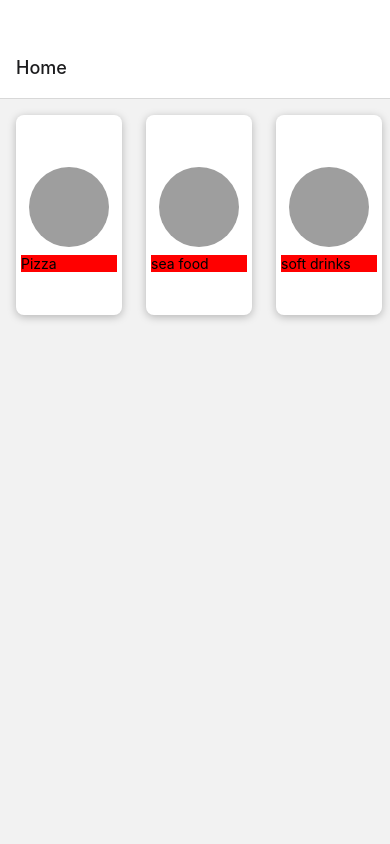
Repository: Esraa22M/ReactNative
Screen: /
An editor plug-in stored every save of this project. The screen is shown before and after the next save, followed by the edit.
Pictures or frames that could not be fetched are drawn as grey boxes. The app was drawn by React Native's web renderer in a window 390 px wide. The project was rebuilt for these pictures with package versions that can differ from the ones it lists, and the page was loaded fresh each time. Also part of the build but not shown: src/components/header/header.component.js, src/colors/front-screen-colors/user-auth-colors.js, src/components/header/header.styles.js, src/components/textInput/textInput.styles.js, src/components/textInput/textInput.components.jsx, src/components/singup-form-body/singup-form-body.components.js, src/screens/front-screen/Singup/singup-screen.screens.jsx, src/authentication/api/login-info.js and 2 more.

Above is the screen before, as saved 2023-09-21 00:51:36.

### App.js
import { SafeAreaView } from "react-native";
import { singupStyles } from "./src/screens/front-screen/Singup/singup-screen.styles";
import { Singup } from "./src/screens/front-screen/Singup/singup-screen.screens";
import UserCard from "./src/screens/front-screen/user-card/user-card.screens";
import { NavigationContainer } from "@react-navigation/native";
import { createStackNavigator } from "@react-navigation/stack";
import { Home } from "./src/screens/front-screen/home/home.screens";
const Stack = createStackNavigator();
export default function App() {
  return (
    <SafeAreaView style={singupStyles.container}>
      {/* <UserCard /> */}
      <NavigationContainer>
        <Stack.Navigator>
          <Stack.Screen name="Home" component={Home} />
        </Stack.Navigator>
      </NavigationContainer>
    </SafeAreaView>
  );
}

### src/screens/front-screen/Singup/singup-screen.styles.jsx
import { StyleSheet } from "react-native";
export const singupStyles = StyleSheet.create({
  container: { flex: 1, marginTop: 35 },
});

### src/screens/front-screen/home/home.screens.js
import { View, Text } from "react-native";
import { Categories } from "../../../components/categories/categories.components";
export const Home = () => {
  return (
    <>
      <Categories />
    </>
  );
};

### src/components/categories/categories.components.js
import { categories } from "../../data/dummay__data";
import { FlatList } from "react-native";
import { CategoryItem } from "./category-item.components";
export const Categories = () => {
  function renderCategoryItem(itemData) {
    return <CategoryItem item={itemData.item} />;
  }
  return (
    <FlatList
      numColumns={3}
      data={categories}
      renderItem={renderCategoryItem}
      keyExtractor={(item) => item.id}
    />
  );
};

### src/data/dummay__data.js
import { Category } from "../modal/category.modals";
export const categories = [
  new Category(
    "1pizza",
    "Pizza",
    "https://img.freepik.com/free-vector/flying-slice-pizza-cartoon-vector-illustration-fast-food-concept-isolated-vector-flat-cartoon-style_138676-1934.jpg?w=740&t=st=1695067102~exp=1695067702~hmac=7d47136b0dff2be87480dc1a22a28658daa67f706d90b59d117303a312dc6c16"
  ),
  new Category(
    "sea_food2",
    "sea food",
    "https://img.freepik.com/free-vector/seafood-products-set_98292-1624.jpg?w=740&t=st=1695067277~exp=1695067877~hmac=62082bdd900b5c830349f2bb8f3cd3466fcfb5395c4f24459194aeaeb256cb2c"
  ),
  new Category(
    "3softDrinks",
    "soft drinks",
    "https://img.freepik.com/free-vector/soda-cups-drink_24877-57922.jpg?w=740&t=st=1695067422~exp=1695068022~hmac=60b80d144880f8a8413a85c867ecfc35a38170c71354acfc84aa5b82ae30d594"
  ),
];

### src/components/categories/category-item.components.js
import { View, Text, Image, StyleSheet, Pressable } from "react-native";
import { HomeColors } from "../../colors/front-screen-colors/home-colors";
export const CategoryItem = ({ item }) => {
  const { name, image } = item;
  console.log(item);
  return (
    <View style={styles.container}>
      <Pressable>
        <Image source={{ uri: image }} style={styles.image} />
        <Text style={styles.categoryName}>{name}</Text>
      </Pressable>
    </View>
  );
};
const styles = StyleSheet.create({
  container: {
    flex: 1,
    height: 200,
    justifyContent: "center",
    backgroundColor: HomeColors.LIGHT_COLOR,
    alignItems: "center",
    shadowColor: "black",
    shadowOpacity: 0.25,
    shadowOffset: { width: 0, height: 2 },
    shadowRadius: 8,
    marginVertical: 16,
    marginLeft: 16,
    marginRight: 8,
    elevation: 4,
    alignItems: "center",
    borderRadius: 8,
  },
  image: {
    width: 80,
    height: 80,
    borderRadius: 80 / 2,
    margin: 8,
  },
  categoryName: { backgroundColor: "red" },
});

### src/modal/category.modals.js
export class Category {
  constructor(id, name, image) {
    this.id = id;
    this.name = name;
    this.image = image;
  }
}

### src/colors/front-screen-colors/home-colors.js
export const HomeColors = { LIGHT_COLOR: "white", ACTIVE_COLOR: "#FFBF00" };

After the next save:
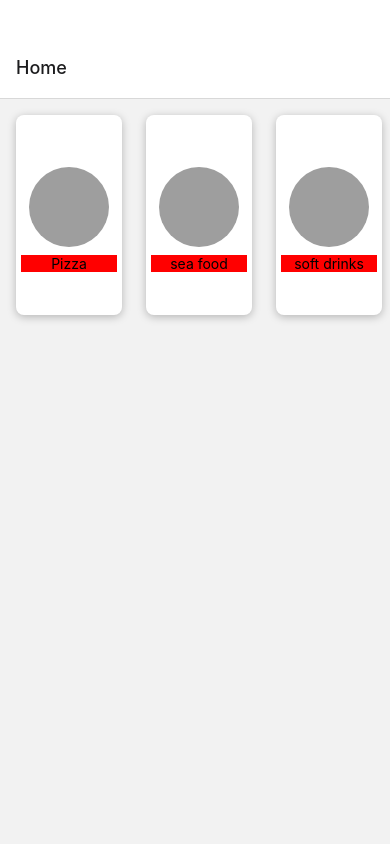
Saved 16 s later.
--- a/src/components/categories/category-item.components.js
+++ b/src/components/categories/category-item.components.js
@@ -36,5 +36,5 @@ const styles = StyleSheet.create({
     borderRadius: 80 / 2,
     margin: 8,
   },
-  categoryName: { backgroundColor: "red" },
+  categoryName: { backgroundColor: "red", textAlign: "center" },
 });
